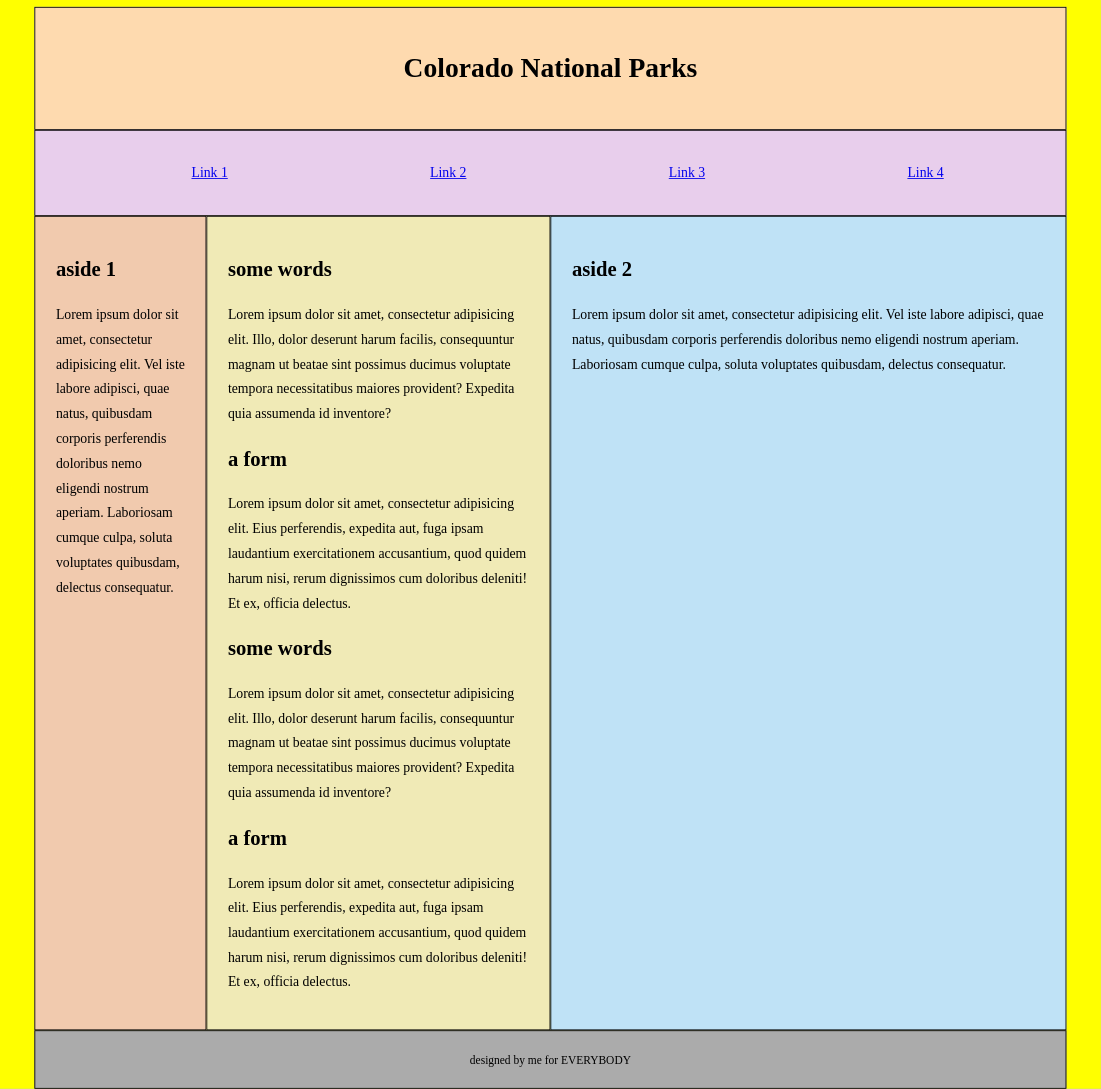
Repository: ethan-schrauf/UniversalDesignWebsite
Page: lab4.html
The author's editor kept a copy of each file at every save. The page is drawn from the files as they stood at one save, then again after the next save.
The browser window is 1280 px wide. The pictures show the whole page, at 86% of full size.

Above is the page before, as saved 2023-10-24 21:22:13.

After the next save:
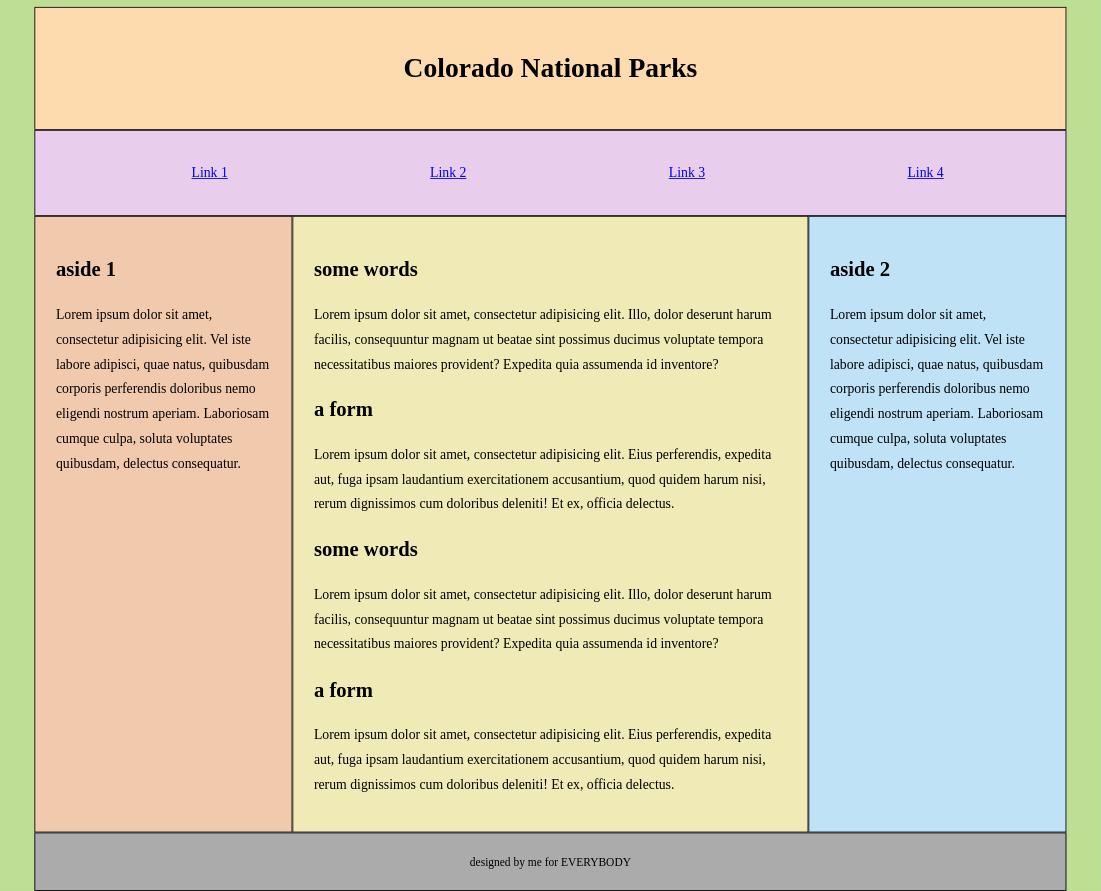
Saved 40 s later.
--- a/lab4.css
+++ b/lab4.css
@@ -1,5 +1,5 @@
 body {
-    background: yellow;
+    background: rgb(189, 222, 147);
 }
 
 /* css reset */
@@ -43,7 +43,7 @@ footer {
     width: 100vw;
     height: 100vh;
     grid-template-columns:
-     1fr       2fr       3fr;
+     1fr       2fr       1fr;
     grid-template-areas:
     "heady     heady     heady"
     "navvy     navvy     navvy"
